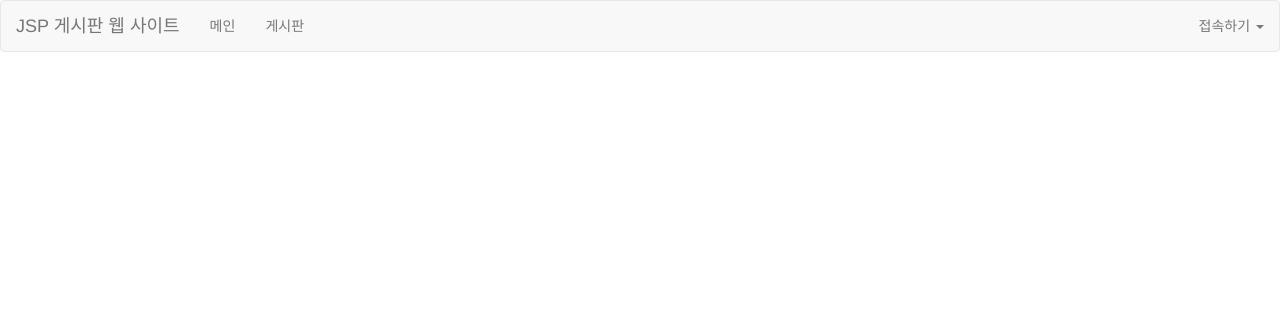
Repository: mottipwp/BBS-Project
Page: http://localhost/BBS/login.jsp
The author's editor kept a copy of each file at every save. The page is drawn from the files as they stood at one save, then again after the next save.
The browser window is 1280 px wide. The pictures show the whole page.
Some web libraries are served in a nearby version. The page is served by Tomcat 9.

Above is the page before, as saved 2019-03-07 02:44:03.

After the next save:
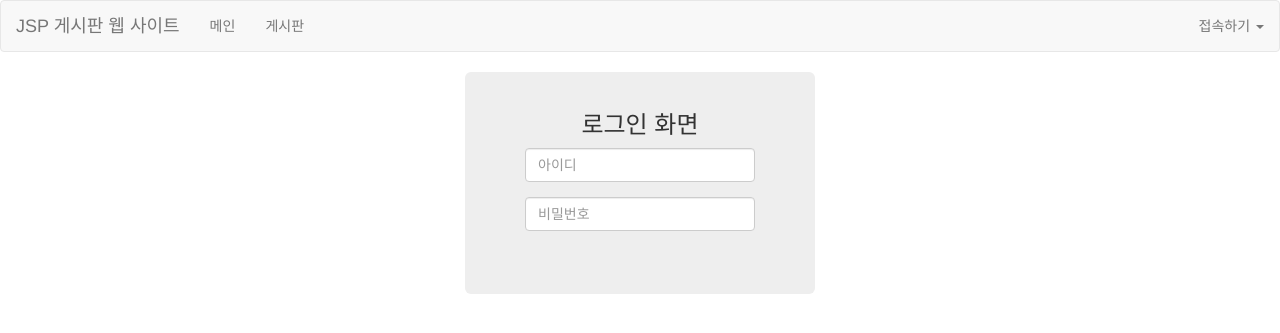
Saved 4 min 27 s later.
--- a/BBS/WebContent/login.jsp
+++ b/BBS/WebContent/login.jsp
@@ -40,6 +40,22 @@
 		</div>
 	</nav>
 
+	<div class="container">
+		<div class="col-lg-4"></div>
+		<div class="col-lg-4">
+			<div class="jumbotron" style="padding-top:20px">
+			<form method="post" actiopn="LoginAction.jsp">
+				<h3 style="text-align:center;">로그인 화면</h3>
+				<div class="form-group">
+					<input type="text" class="form-control" placeholder="아이디" name="userID" maxlength="20">
+				</div>
+				<div class="form-group">
+					<input type="password" class="form-control" placeholder="비밀번호" name="userPassword" maxlength="20">
+				</div>
+			</form>
+		</div>
+	</div>
+
 	<script src="http://code.jquery.com/jquery-3.1.1.min.js"></script>
 	<script src="js/bootstrap.js"></script>
 </body>
